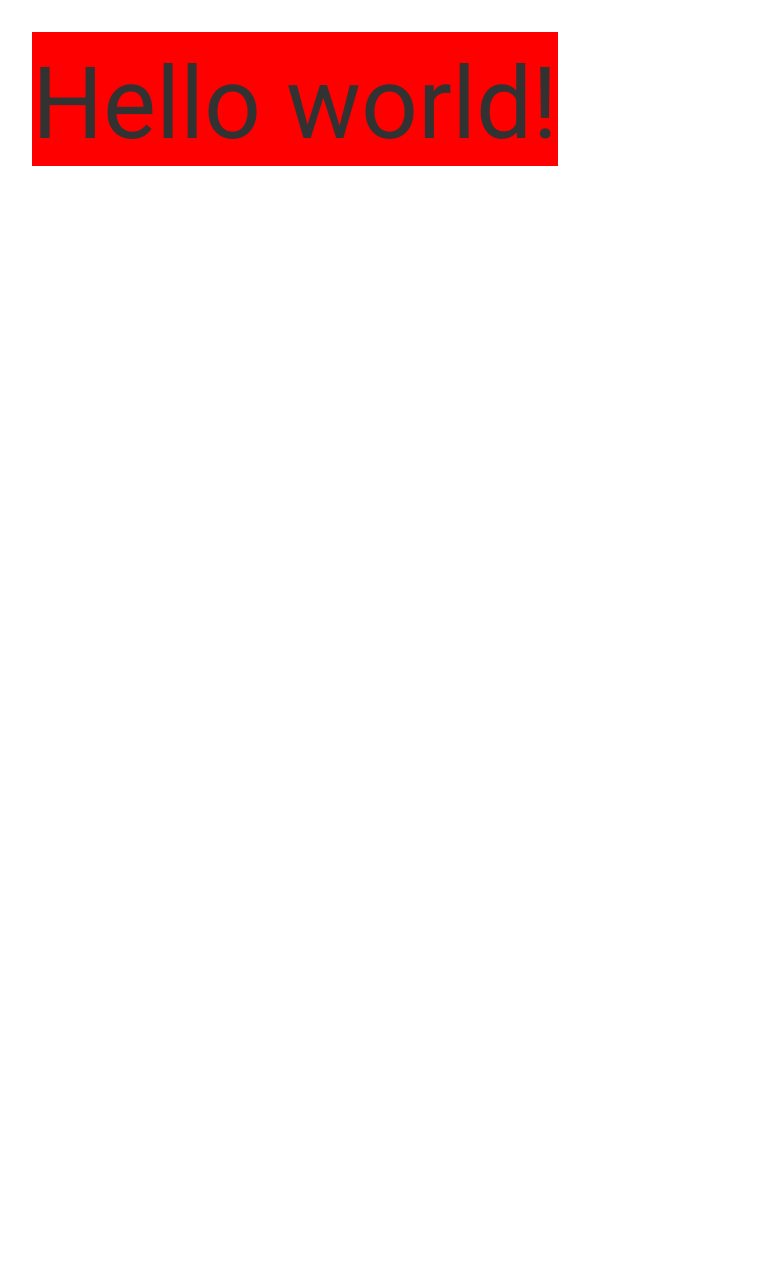
Repository: founderzhl/MarsAndroid
Layout: S01_E08_SP/res/layout/activity_main.xml
The author's editor kept a copy of each file at every save. The layout is drawn from the files as they stood at one save, then again after the next save.
It is drawn on a 768 x 1280 px phone screen (xhdpi) without system bars, with theme AppTheme; the app's code is not run.

Above is the layout before, as saved 2015-01-13 16:56:34.

After the next save:
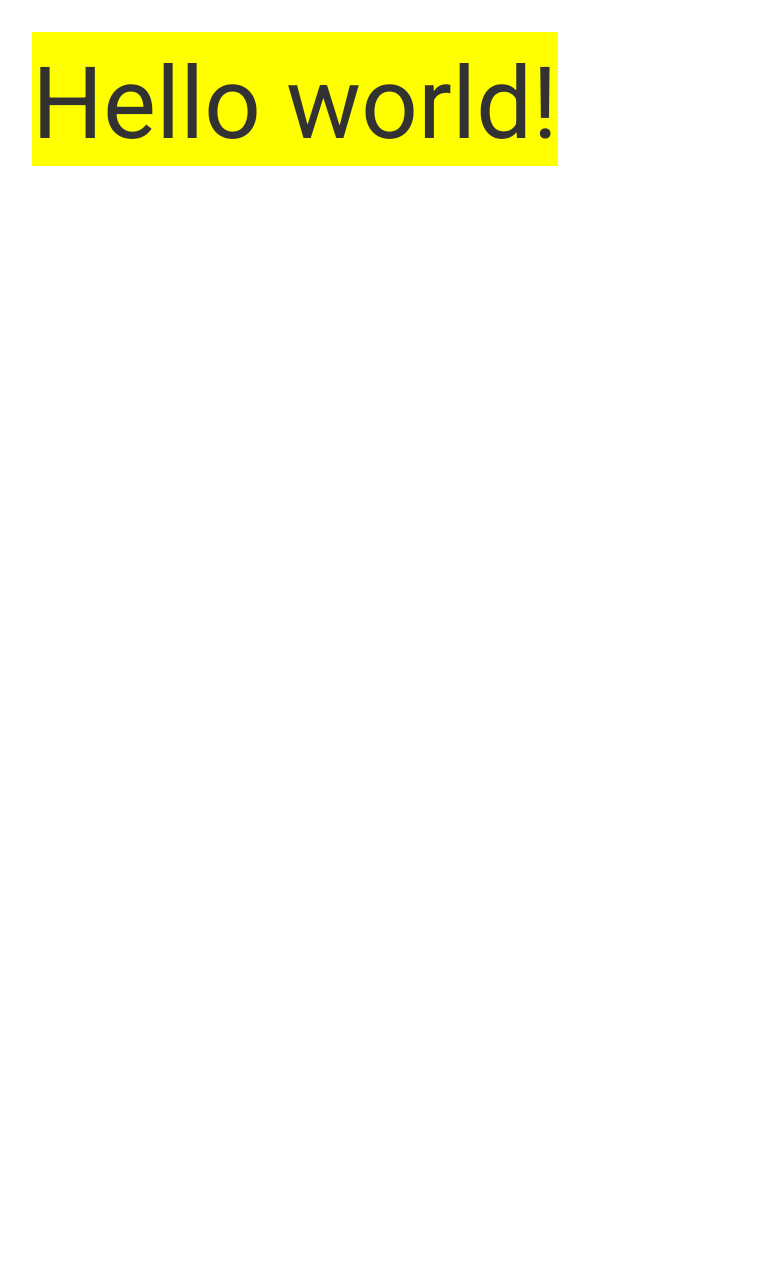
Saved 6 min 35 s later.
--- a/S01_E08_SP/res/layout/activity_main.xml
+++ b/S01_E08_SP/res/layout/activity_main.xml
@@ -18,7 +18,7 @@
     <TextView
         android:layout_width="wrap_content"
         android:layout_height="wrap_content"
-        android:background="#FF0000"
+        android:background="#FFFF00"
         android:textSize="50sp"
         android:text="@string/hello_world" />
 
